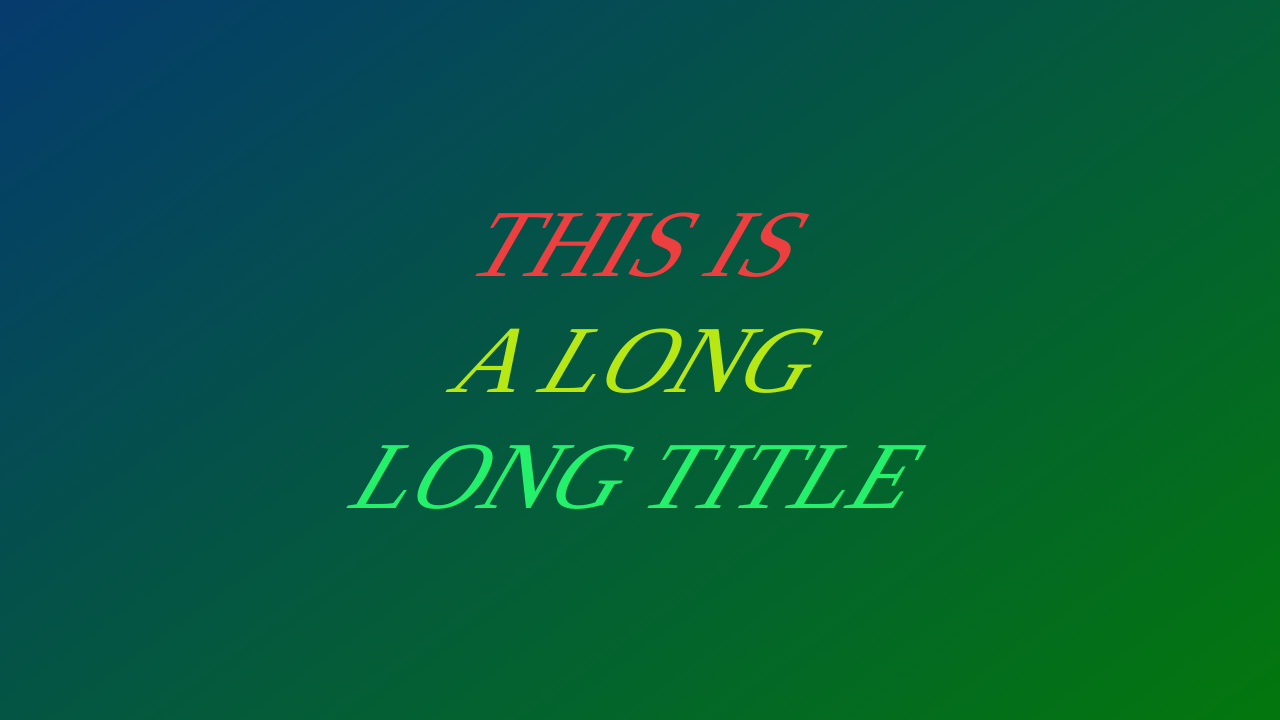
Repository: zuuo/--
Page: 文字入场动画1/index.html
The author's editor kept a copy of each file at every save. The page is drawn from the files as they stood at one save, then again after the next save.
The browser window is 1280 px wide. The pictures show the whole page.
The style sheet was rebuilt from its Sass, Less or Tailwind sources for each picture, by a compiler version that may differ from the author's.

Above is the page before, as saved 2024-03-03 21:06:15.

After the next save:
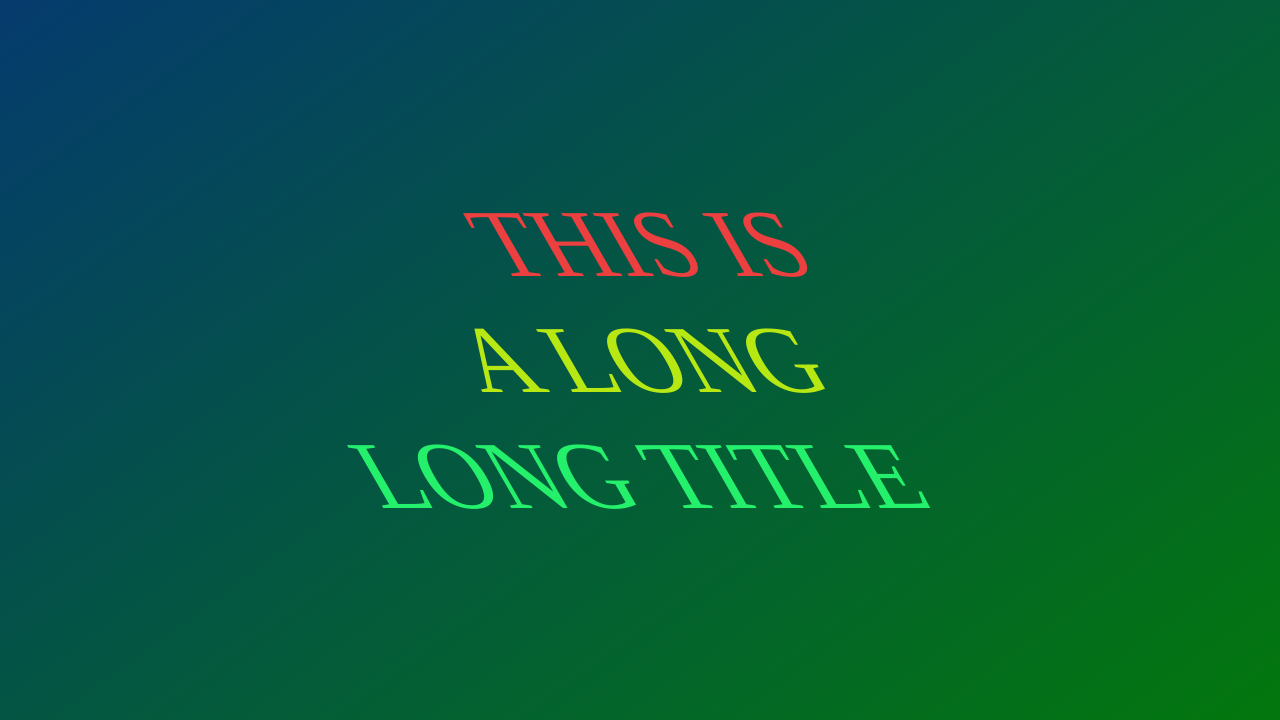
Saved 31 s later.
--- a/文字入场动画1/style.less
+++ b/文字入场动画1/style.less
@@ -30,6 +30,8 @@ body {
             color: #25f06c;
         }
 
-        transform: skew(-30deg);
+        span {
+            transform: skew(-30deg);
+        }
     }
 }
